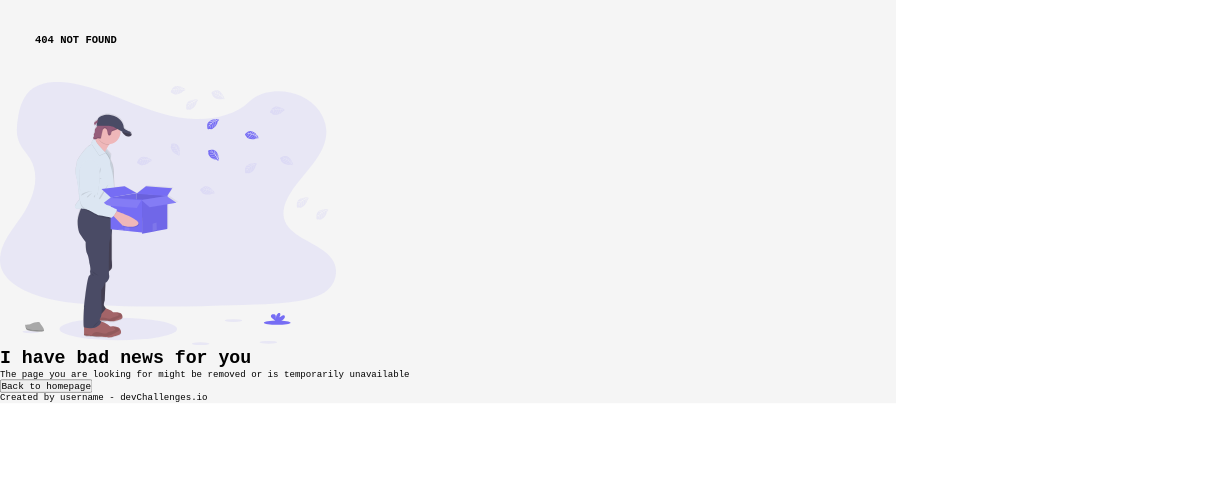
Repository: georgisenze/404-not-found-challeng
Page: index.html
These files come from the project's save history. The page is drawn as it stood at one moment and after a run of saves; the edit follows.
The browser window is 1280 px wide. The page is 1280 px wide, then 1760 px, then 1280 px, so the pictures cover 1760 px, including what lies to the right of the window. The pictures show the part of the page from y = 0 to 1400 px (the page is 720 px tall before and 3577 px after), at 70% of full size.

Above is the page before, as saved 2023-02-21 06:22:29.

After the next 5 saves:
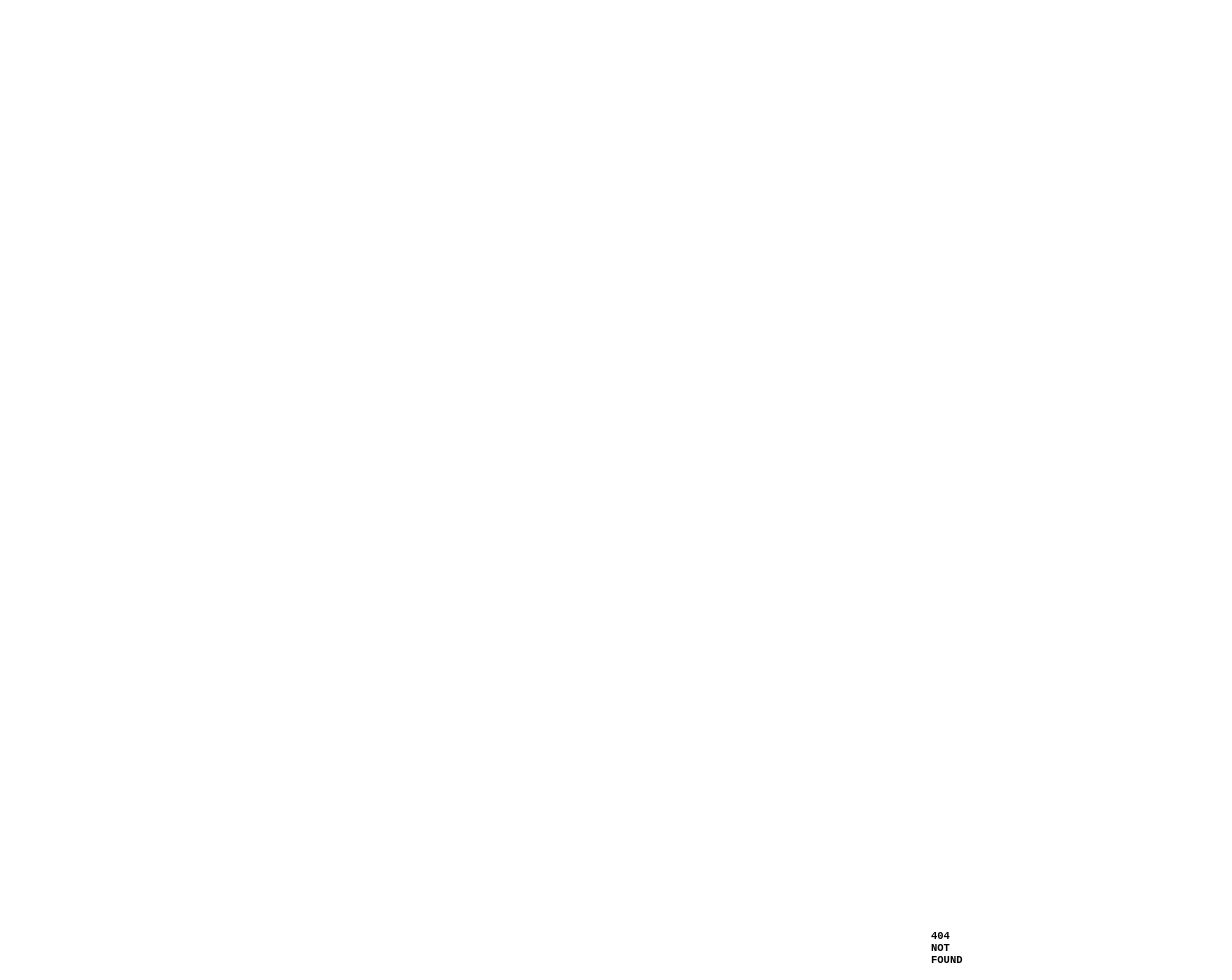
The 5 saves are shown as one change because they came seconds apart.
The last was saved 28 s later.
--- a/assets/css/style.css
+++ b/assets/css/style.css
@@ -5,6 +5,7 @@
 }
 
 .main {
+    margin: 100%;
     background-color: whitesmoke;
 }
 

After the 2 saves that followed:
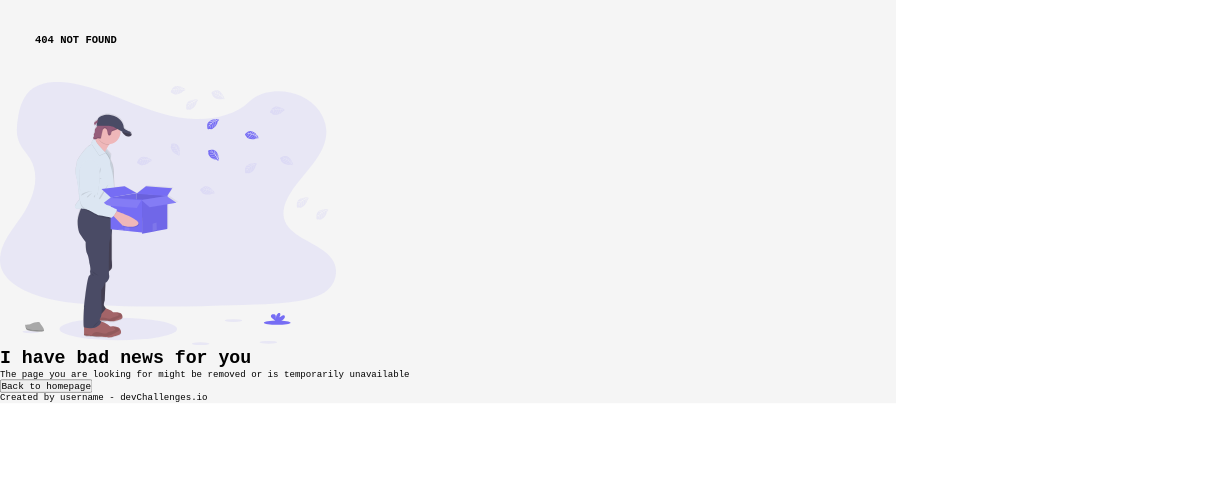
The 2 saves are shown as one change because they came seconds apart.
The last was saved 14 s later.
--- a/assets/css/style.css
+++ b/assets/css/style.css
@@ -5,7 +5,7 @@
 }
 
 .main {
-    margin: 100%;
+    width: 100%;
     background-color: whitesmoke;
 }
 
